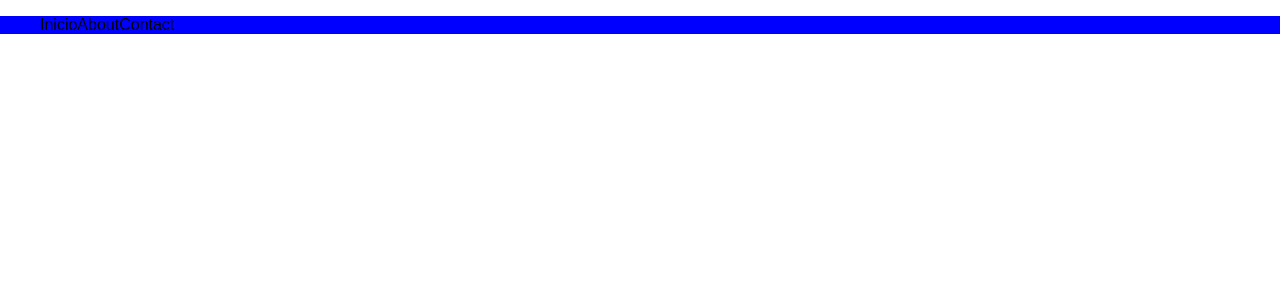
Repository: Toydrum/React-HectorCoronado
Page: /
An editor plug-in stored every save of this project. The page is shown before and after the next save, followed by the edit.
The browser window is 1280 px wide. The pictures show the whole page.
The project was rebuilt for these pictures with package versions that can differ from the ones it lists, and the page was loaded fresh each time. Also part of the build but not shown: src/components/Navbar/Navbar.css.

Above is the page before, as saved 2023-06-03 05:23:23.

### src/App.js
import React from 'react'
import './App.css';

//Components
import NavBar from "./components/NavBar/NavBar"



function App() {
  return (
    <div className="App">
      <NavBar />
    </div>
  );
}

export default App;

### src/components/Navbar/Navbar.js
import React from 'react'
import "./NavBar.css"

const styles = {
  NavBar: {
    display: "flex",
    listStyleType: "none",
    fontFamily: "sans-serif",
    backgroundColor: "blue"
  }
}

const NavBar =() => {
  return (
    <nav>
      <ul style={styles.NavBar}>
        <li>Inicio</li>
        <li>About</li>
        <li>Contact</li>
      </ul>
    </nav>
  )
}

export default NavBar

Loaded but not shown: public/index.html (common file); src/index.js (common file); src/index.css (common file); src/App.css (common file)

After the next save:
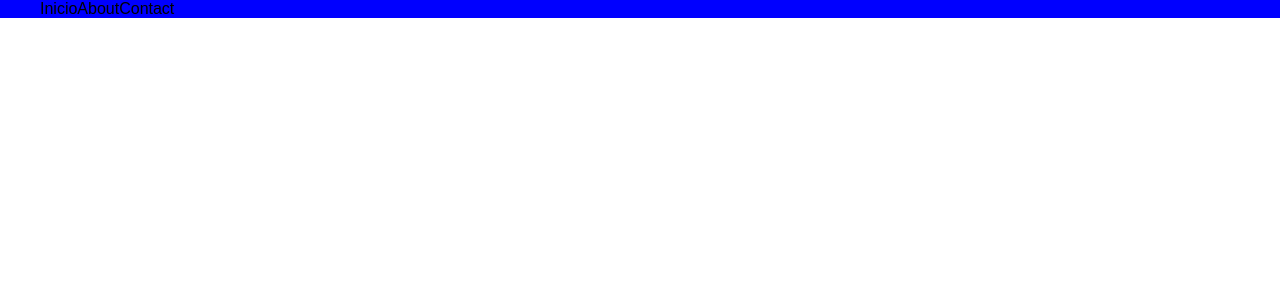
Saved 24 s later.
--- a/src/components/Navbar/Navbar.js
+++ b/src/components/Navbar/Navbar.js
@@ -6,7 +6,8 @@ const styles = {
     display: "flex",
     listStyleType: "none",
     fontFamily: "sans-serif",
-    backgroundColor: "blue"
+    backgroundColor: "blue",
+    margin:0
   }
 }
 
